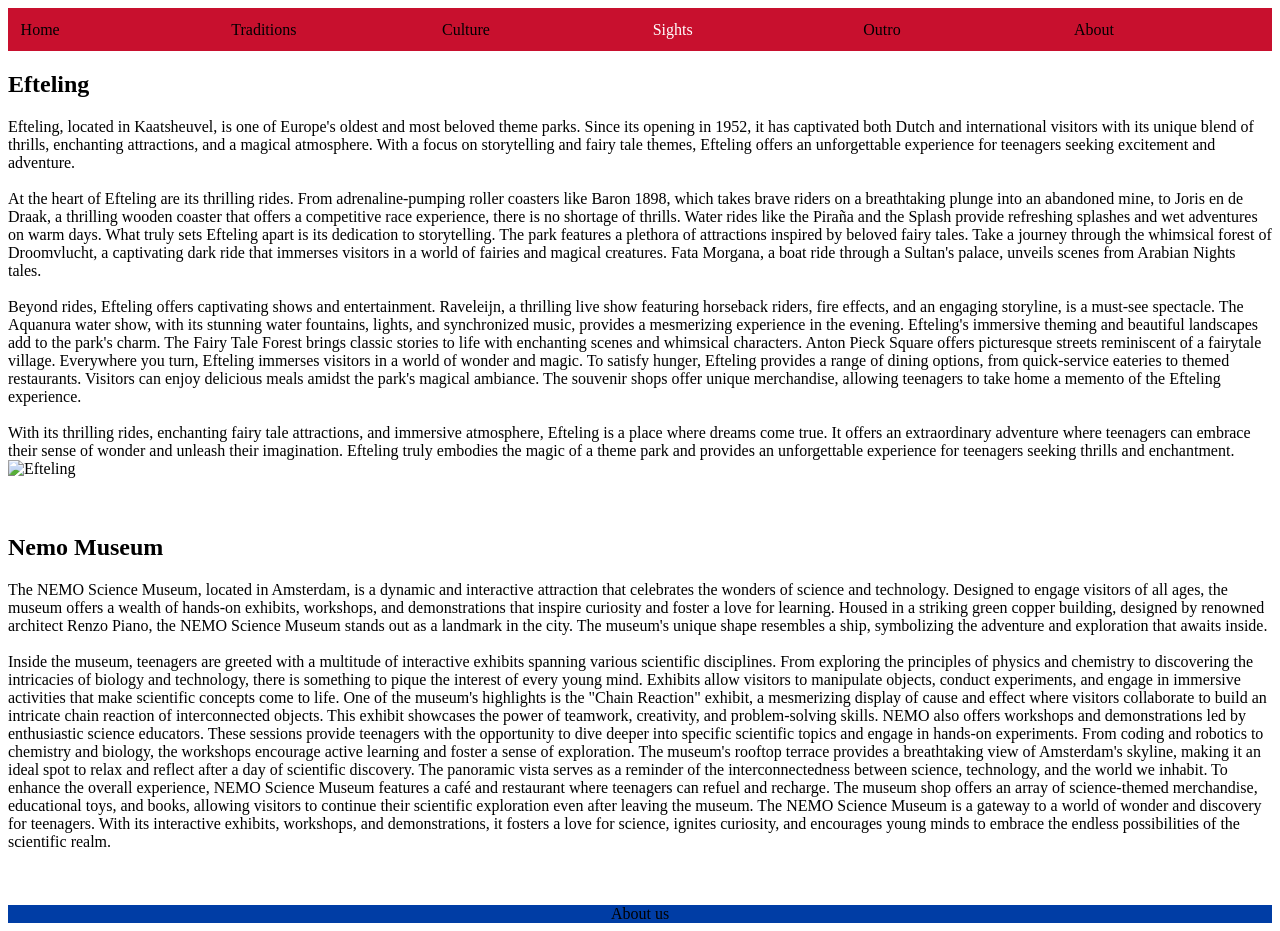
Repository: Cornman63/The-netherlands
Page: sights.html
These files come from the project's save history. The page is drawn as it stood at one moment and after the next save; the edit follows.
The browser window is 1280 px wide. The pictures show the whole page.

Above is the page before, as saved 2023-05-23 11:00:48.

### sights.html
<!DOCTYPE html>
<html lang="en">
<head>
    <meta charset="UTF-8">
    <meta http-equiv="X-UA-Compatible" content="IE=edge">
    <meta name="viewport" content="width=device-width, initial-scale=1.0">
    <link rel="stylesheet" href="style.css">
    <title>Visit the Netherlands</title>

</head>
<body>
    <div class="top">
        <div class="site"><a href="index.html" class="link">Home</a></div>
        <div class="site"><a href="traditions.html" class="link">Traditions</a></div>
        <div class="site"><a href="culture.html" class="link">Culture</a></div>
        <div class="site"><a href="sights.html" style="color: white" class="link">Sights</a></div>
        <div class="site"><a href="outro.html" class="link">Outro</a></div>
        <div class="site"><a href="about.html" class="link">About</a></div>
    </div>
    <h2>Efteling</h2>
    <div class="text">
        Efteling, located in Kaatsheuvel, is one of Europe's oldest and most beloved theme parks. Since its opening in 1952, it has captivated both Dutch and international visitors with its unique blend of thrills, enchanting attractions, and a magical atmosphere. With a focus on storytelling and fairy tale themes, Efteling offers an unforgettable experience for teenagers seeking excitement and adventure.

<br><br>
        At the heart of Efteling are its thrilling rides. From adrenaline-pumping roller coasters like Baron 1898, which takes brave riders on a breathtaking plunge into an abandoned mine, to Joris en de Draak, a thrilling wooden coaster that offers a competitive race experience, there is no shortage of thrills. Water rides like the Piraña and the Splash provide refreshing splashes and wet adventures on warm days.

What truly sets Efteling apart is its dedication to storytelling. The park features a plethora of attractions inspired by beloved fairy tales. Take a journey through the whimsical forest of Droomvlucht, a captivating dark ride that immerses visitors in a world of fairies and magical creatures. Fata Morgana, a boat ride through a Sultan's palace, unveils scenes from Arabian Nights tales.
<br><br>
Beyond rides, Efteling offers captivating shows and entertainment. Raveleijn, a thrilling live show featuring horseback riders, fire effects, and an engaging storyline, is a must-see spectacle. The Aquanura water show, with its stunning water fountains, lights, and synchronized music, provides a mesmerizing experience in the evening.

Efteling's immersive theming and beautiful landscapes add to the park's charm. The Fairy Tale Forest brings classic stories to life with enchanting scenes and whimsical characters. Anton Pieck Square offers picturesque streets reminiscent of a fairytale village. Everywhere you turn, Efteling immerses visitors in a world of wonder and magic.

To satisfy hunger, Efteling provides a range of dining options, from quick-service eateries to themed restaurants. Visitors can enjoy delicious meals amidst the park's magical ambiance. The souvenir shops offer unique merchandise, allowing teenagers to take home a memento of the Efteling experience.
<br><br>
With its thrilling rides, enchanting fairy tale attractions, and immersive atmosphere, Efteling is a place where dreams come true. It offers an extraordinary adventure where teenagers can embrace their sense of wonder and unleash their imagination. Efteling truly embodies the magic of a theme park and provides an unforgettable experience for teenagers seeking thrills and enchantment.

    </div>
    <img src="../images/efeling.jpg" alt="Efteling" id="place">

    <br><br><br>
    <div class="Nemo">
        <h2>Nemo Museum</h2>
        The NEMO Science Museum, located in Amsterdam, is a dynamic and interactive attraction that celebrates the wonders of science and technology. Designed to engage visitors of all ages, the museum offers a wealth of hands-on exhibits, workshops, and demonstrations that inspire curiosity and foster a love for learning.

Housed in a striking green copper building, designed by renowned architect Renzo Piano, the NEMO Science Museum stands out as a landmark in the city. The museum's unique shape resembles a ship, symbolizing the adventure and exploration that awaits inside.

<br><br>
Inside the museum, teenagers are greeted with a multitude of interactive exhibits spanning various scientific disciplines. From exploring the principles of physics and chemistry to discovering the intricacies of biology and technology, there is something to pique the interest of every young mind. Exhibits allow visitors to manipulate objects, conduct experiments, and engage in immersive activities that make scientific concepts come to life.

One of the museum's highlights is the "Chain Reaction" exhibit, a mesmerizing display of cause and effect where visitors collaborate to build an intricate chain reaction of interconnected objects. This exhibit showcases the power of teamwork, creativity, and problem-solving skills.

NEMO also offers workshops and demonstrations led by enthusiastic science educators. These sessions provide teenagers with the opportunity to dive deeper into specific scientific topics and engage in hands-on experiments. From coding and robotics to chemistry and biology, the workshops encourage active learning and foster a sense of exploration.

The museum's rooftop terrace provides a breathtaking view of Amsterdam's skyline, making it an ideal spot to relax and reflect after a day of scientific discovery. The panoramic vista serves as a reminder of the interconnectedness between science, technology, and the world we inhabit.

To enhance the overall experience, NEMO Science Museum features a café and restaurant where teenagers can refuel and recharge. The museum shop offers an array of science-themed merchandise, educational toys, and books, allowing visitors to continue their scientific exploration even after leaving the museum.

The NEMO Science Museum is a gateway to a world of wonder and discovery for teenagers. With its interactive exhibits, workshops, and demonstrations, it fosters a love for science, ignites curiosity, and encourages young minds to embrace the endless possibilities of the scientific realm.


    </div>
    <br><br><br>

    <div class="bottom">
        About us
    </div>
</body>
</html>

### style.css
.top, .bottom {
    display: flex;
    flex-direction: row;
    justify-content: center;
    align-content:center;
    background-color:#C8102E;
}
.bottom{
    background-color: #003DA5;
    height: 520%;
}

.site {
    display: flex;
    border: 1%;
    margin: 1%;
    margin-right: 10%;
    align-content: center;
    width: 90%;
}
.link{
    text-decoration: none;
}
.link:link {
    color:black;
}
.link:visited {
    color:black;
}
.link:hover {
    color:white;
}

#wafel, #hagel, #herring, #lico {
    width: 20%;
    height: 20%;
}
.food1 {
    display: flex;
    flex-direction: column;
    align-items: center;
}
.food {
    display: flex;
    flex-direction: column;
}

After the next save:
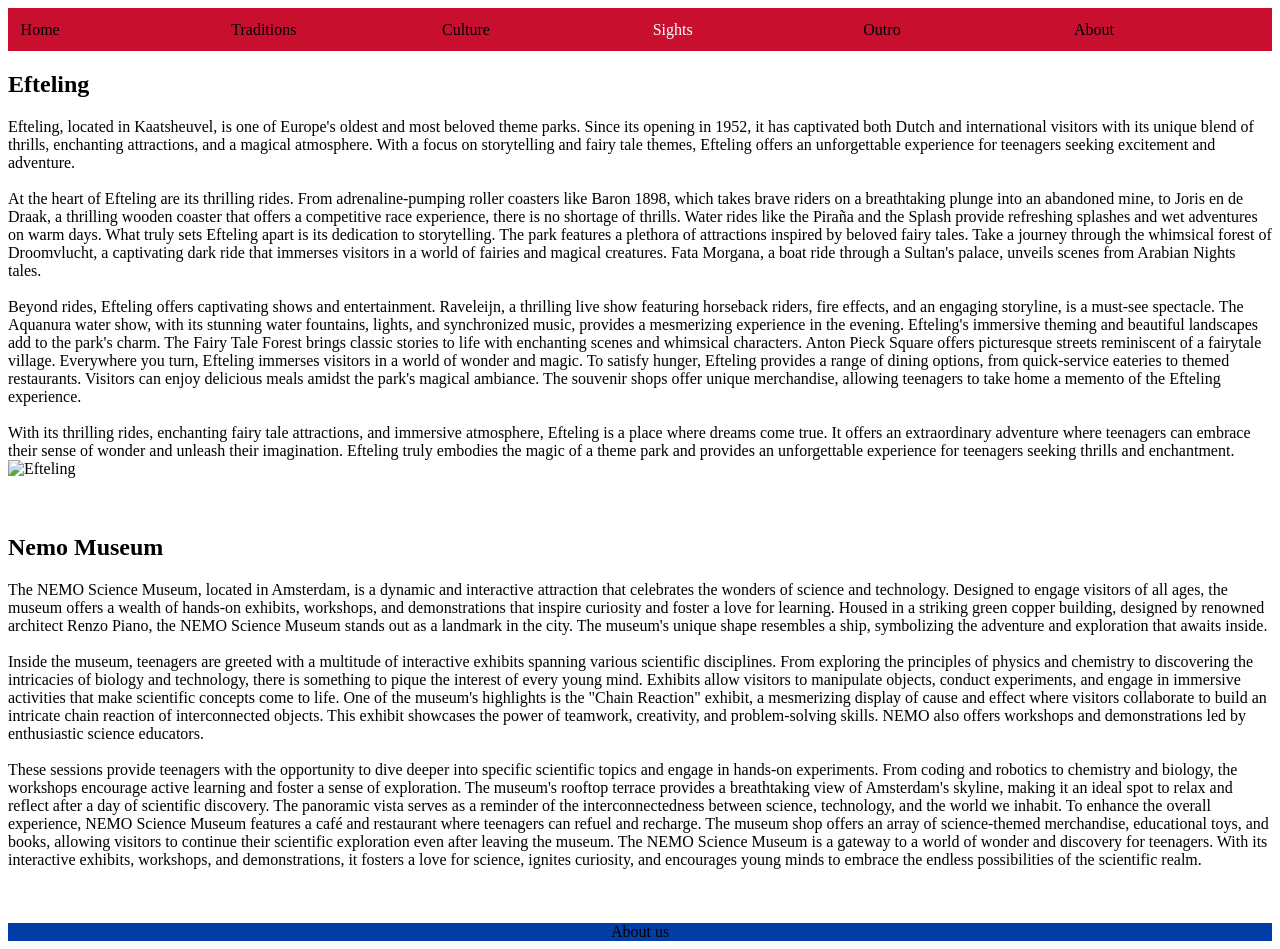
Saved 59 s later.
--- a/sights.html
+++ b/sights.html
@@ -49,7 +49,10 @@ Inside the museum, teenagers are greeted with a multitude of interactive exhibit
 
 One of the museum's highlights is the "Chain Reaction" exhibit, a mesmerizing display of cause and effect where visitors collaborate to build an intricate chain reaction of interconnected objects. This exhibit showcases the power of teamwork, creativity, and problem-solving skills.
 
-NEMO also offers workshops and demonstrations led by enthusiastic science educators. These sessions provide teenagers with the opportunity to dive deeper into specific scientific topics and engage in hands-on experiments. From coding and robotics to chemistry and biology, the workshops encourage active learning and foster a sense of exploration.
+NEMO also offers workshops and demonstrations led by enthusiastic science educators.
+<br><br>
+
+These sessions provide teenagers with the opportunity to dive deeper into specific scientific topics and engage in hands-on experiments. From coding and robotics to chemistry and biology, the workshops encourage active learning and foster a sense of exploration.
 
 The museum's rooftop terrace provides a breathtaking view of Amsterdam's skyline, making it an ideal spot to relax and reflect after a day of scientific discovery. The panoramic vista serves as a reminder of the interconnectedness between science, technology, and the world we inhabit.
 
